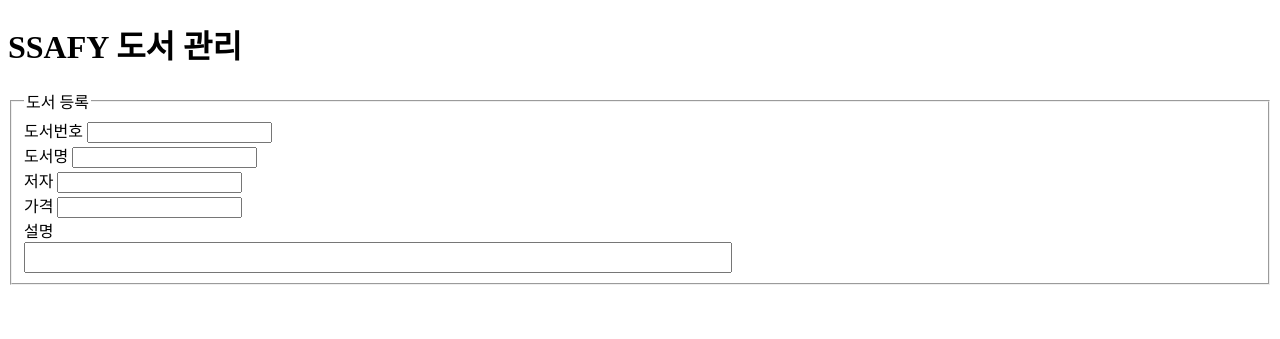
Repository: nkj0901/Personal-Repository
Page: SSAFY/서블릿/back_db_ws_01_3/WebContent/regist.html
These files come from the project's save history. The page is drawn as it stood at one moment and after the next save; the edit follows.
The browser window is 1280 px wide. The pictures show the whole page.

Above is the page before, as saved 2022-09-01 07:26:45.

### SSAFY/서블릿/back_db_ws_01_3/WebContent/regist.html
<!DOCTYPE html>
<html>
<head>
<meta charset="UTF-8">
<title>SSAFY 도서 관리</title>
</head>
<body>
	<h1>SSAFY 도서 관리</h1>

	<fieldset>
	<legend>도서 등록</legend>
	<label>도서번호</label>
	<input type = "text" name = "isbn"> <br>
	<label>도서명</label>
	<input type = "text" name = "title"> <br>
	<label>저자</label>
	<input type = "text" name = "author"> <br>
	<label>가격</label>
	<input type = "text" name = "price"> <br>
	<label>설명</label> <br>
	<input style="width:700px; height:25px" type = "text" name = "desc" > <br>
	</fieldset>


</body>
</html>

After the next save:
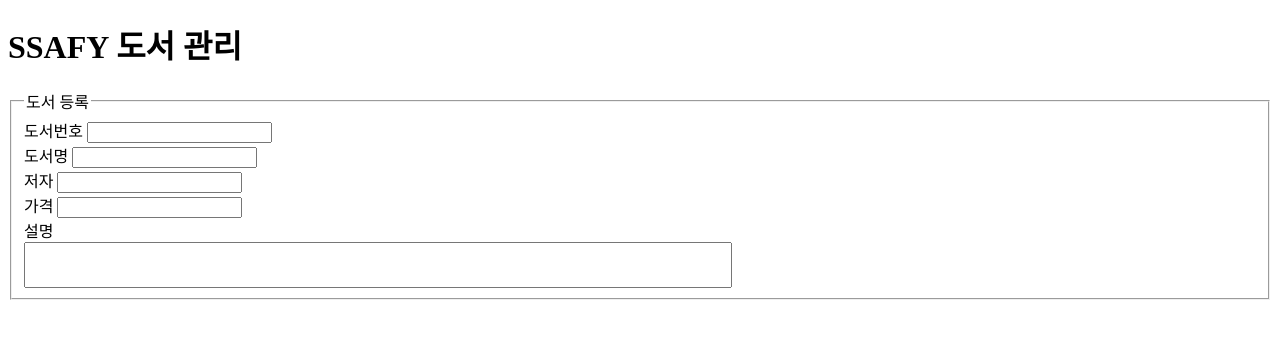
Saved 6 s later.
--- a/SSAFY/서블릿/back_db_ws_01_3/WebContent/regist.html
+++ b/SSAFY/서블릿/back_db_ws_01_3/WebContent/regist.html
@@ -18,7 +18,7 @@
 	<label>가격</label>
 	<input type = "text" name = "price"> <br>
 	<label>설명</label> <br>
-	<input style="width:700px; height:25px" type = "text" name = "desc" > <br>
+	<input style="width:700px; height:40px" type = "text" name = "desc" > <br>
 	</fieldset>
 
 
